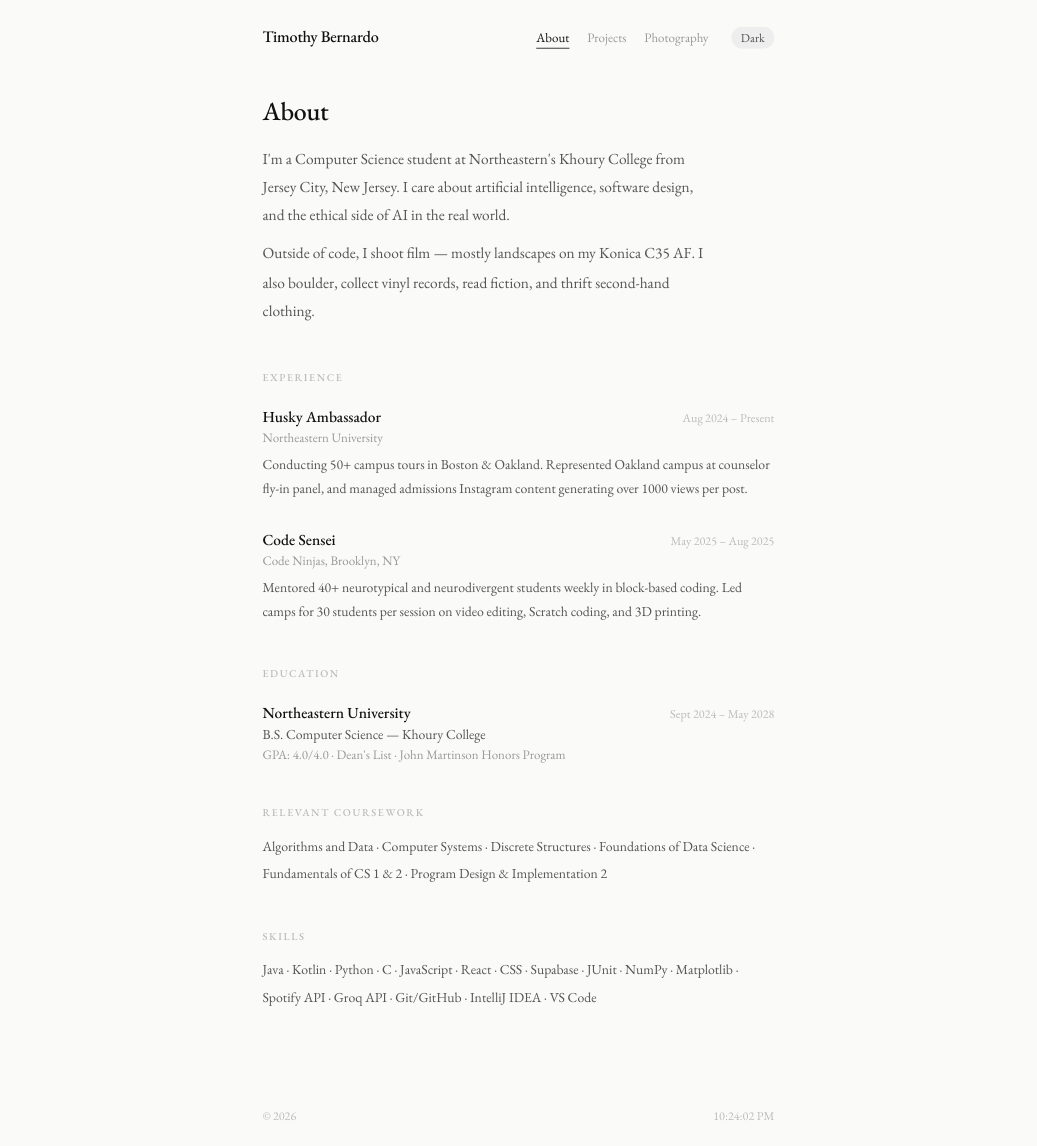
Repository: timothybernardo/portfolio
Page: /about
The author's editor kept a copy of each file at every save. The page is drawn from the files as they stood at one save, then again after the next save.
The browser window is 1280 px wide. The pictures show the whole page, at 81% of full size.
The project was rebuilt for these pictures with package versions that can differ from the ones it lists, and the page was loaded fresh each time. Also part of the build but not shown: src/pages/Home.jsx, src/data/projects.js, src/pages/Projects.jsx, src/data/photos.js, src/components/PhotoCard.jsx, src/pages/Photography.jsx.

Above is the page before, as saved 2026-03-07 22:42:37.

### public/index.html
<!DOCTYPE html>
<html lang="en">
<head>
  <meta charset="UTF-8" />
  <meta name="viewport" content="width=device-width, initial-scale=1.0" />
  <title>Timothy Bernardo</title>
  <link href="https://fonts.googleapis.com/css2?family=EB+Garamond:ital,wght@0,400;0,500;0,600;0,700;1,400&display=swap" rel="stylesheet" />
</head>
<body>
  <div id="root"></div>
</body>
</html>

### src/index.js
import React from "react";
import ReactDOM from "react-dom/client";
import { BrowserRouter } from "react-router-dom";
import App from "./App";
import "./index.css";

const root = ReactDOM.createRoot(document.getElementById("root"));
root.render(
  <React.StrictMode>
    <BrowserRouter>
      <App />
    </BrowserRouter>
  </React.StrictMode>
);

### src/App.jsx
import { useState } from "react";
import { Routes, Route } from "react-router-dom";
import { themes, serif } from "./theme";
import Header from "./components/Header";
import Footer from "./components/Footer";
import Home from "./pages/Home";
import About from "./pages/About";
import Projects from "./pages/Projects";
import Photography from "./pages/Photography";

export default function App() {
  const [dark, setDark] = useState(false);
const theme = dark ? themes.dark : themes.light;
document.documentElement.style.background = theme.bg;
document.body.style.background = theme.bg;

  return (
    <div
      style={{
        fontFamily: serif,
        color: theme.text,
        minHeight: "100vh",
        background: theme.bg,
        display: "flex",
        flexDirection: "column",
        transition: "background 0.3s, color 0.3s",
      }}
    >
      <Header theme={theme} isDark={dark} onToggle={() => setDark(!dark)} />

      <main style={{ maxWidth: 680, width: "100%", margin: "0 auto", padding: "0 24px 100px", flex: 1 }}>
        <Routes>
          <Route path="/" element={<Home theme={theme} />} />
          <Route path="/about" element={<About theme={theme} />} />
          <Route path="/projects" element={<Projects theme={theme} />} />
          <Route path="/photography" element={<Photography theme={theme} />} />
          <Route path="/photography/:id" element={<Photography theme={theme} />} />
        </Routes>
      </main>

      <Footer theme={theme} />
    </div>
  );
}

### src/index.css
* {
  margin: 0;
  padding: 0;
  box-sizing: border-box;
}

html, body, #root {
  min-height: 100%;
  height: 100%;
  background: inherit;
}

body {
  -webkit-font-smoothing: antialiased;
  -moz-osx-font-smoothing: grayscale;
}

a {
  text-decoration: none;
  color: inherit;
}

### src/theme.js
export const serif = "'EB Garamond', Georgia, 'Times New Roman', serif";

export const themes = {
  light: {
    bg: "#fafaf8",
    text: "#111",
    sub: "#555",
    muted: "#999",
    faint: "#bbb",
    border: "#ece9e5",
    pill: "#111",
    pillT: "#fff",
    pillB: "#ddd",
    badge: "rgba(255,255,255,0.3)",
    toggle: "#eee",
    toggleTxt: "#555",
  },
  dark: {
    bg: "#131313",
    text: "#e4e0da",
    sub: "#a09a93",
    muted: "#6b665f",
    faint: "#4a4640",
    border: "#282624",
    pill: "#e4e0da",
    pillT: "#131313",
    pillB: "#383530",
    badge: "rgba(255,255,255,0.18)",
    toggle: "#282624",
    toggleTxt: "#a09a93",
  },
};

### src/components/Header.jsx
import { Link, useLocation } from "react-router-dom";
import { serif } from "../theme";

const links = [
  { path: "/about", label: "About" },
  { path: "/projects", label: "Projects" },
  { path: "/photography", label: "Photography" },
];

export default function Header({ theme, onToggle, isDark }) {
  const { pathname } = useLocation();

  return (
    <header
      style={{
        maxWidth: 680,
        width: "100%",
        margin: "0 auto",
        padding: "32px 24px 0",
        display: "flex",
        justifyContent: "space-between",
        alignItems: "baseline",
        fontFamily: serif,
      }}
    >
      <Link to="/" style={{ fontWeight: 500, fontSize: 20, letterSpacing: "-0.3px" }}>
        Timothy Bernardo
      </Link>

      <nav style={{ display: "flex", gap: 22, alignItems: "baseline" }}>
        {links.map(({ path, label }) => (
          <Link
            key={path}
            to={path}
            style={{
              fontSize: 16,
              color: pathname === path ? theme.text : theme.muted,
              paddingBottom: 2,
              borderBottom:
                pathname === path
                  ? `1.5px solid ${theme.text}`
                  : "1.5px solid transparent",
            }}
          >
            {label}
          </Link>
        ))}
        <span
          onClick={onToggle}
          style={{
            fontFamily: serif,
            fontSize: 15,
            cursor: "pointer",
            padding: "4px 12px",
            borderRadius: 14,
            background: theme.toggle,
            color: theme.toggleTxt,
            marginLeft: 6,
            userSelect: "none",
          }}
        >
          {isDark ? "Light" : "Dark"}
        </span>
      </nav>
    </header>
  );
}

### src/components/Footer.jsx
import Clock from "./Clock";
import { serif } from "../theme";

export default function Footer({ theme }) {
  return (
    <footer
      style={{
        maxWidth: 680,
        width: "100%",
        margin: "0 auto",
        padding: "20px 24px 28px",
        fontSize: 15,
        color: theme.faint,
        display: "flex",
        justifyContent: "space-between",
        alignItems: "center",
        fontFamily: serif,
      }}
    >
      <span>&copy; 2026</span>
      <Clock color={theme.faint} />
    </footer>
  );
}

### src/pages/About.jsx
import { serif } from "../theme";
import { experience, education, skills, courses } from "../data/experience";

export default function About({ theme }) {
  return (
    <div style={{ marginTop: 56, fontFamily: serif }}>
      <h2 style={{ fontSize: 32, fontWeight: 500, letterSpacing: "-0.3px", marginBottom: 20 }}>
        About
      </h2>
      <p style={{ fontSize: 19, color: theme.sub, lineHeight: 1.85, maxWidth: 560, marginBottom: 12 }}>
        I'm a Computer Science student at Northeastern's Khoury College from Jersey City, New Jersey.
        I care about artificial intelligence, software design, and the ethical side of AI in the real world.
      </p>
      <p style={{ fontSize: 19, color: theme.sub, lineHeight: 1.85, maxWidth: 560, marginBottom: 56 }}>
        Outside of code, I shoot film — mostly landscapes on my Konica C35 AF. I also boulder,
        collect vinyl records, read fiction, and thrift second-hand clothing.
      </p>

      {/* Experience */}
      <h3 style={{ fontSize: 13, fontWeight: 500, textTransform: "uppercase", letterSpacing: "2px", color: theme.faint, marginBottom: 28 }}>
        Experience
      </h3>
      {experience.map((e, i) => (
        <div key={i} style={{ marginBottom: 36 }}>
          <div style={{ display: "flex", justifyContent: "space-between", alignItems: "baseline", flexWrap: "wrap", gap: 8, marginBottom: 3 }}>
            <span style={{ fontSize: 19, fontWeight: 500 }}>{e.role}</span>
            <span style={{ fontSize: 15, color: theme.faint }}>{e.period}</span>
          </div>
          <span style={{ fontSize: 16, color: theme.muted }}>{e.place}</span>
          <p style={{ fontSize: 17, color: theme.sub, lineHeight: 1.75, margin: "8px 0 0" }}>
            {e.desc}
          </p>
        </div>
      ))}

      {/* Education */}
      <h3 style={{ fontSize: 13, fontWeight: 500, textTransform: "uppercase", letterSpacing: "2px", color: theme.faint, marginBottom: 28, marginTop: 52 }}>
        Education
      </h3>
      {education.map((ed, i) => (
        <div key={i} style={{ marginBottom: 20 }}>
          <div style={{ display: "flex", justifyContent: "space-between", alignItems: "baseline", flexWrap: "wrap", gap: 8 }}>
            <span style={{ fontSize: 19, fontWeight: 500 }}>{ed.school}</span>
            <span style={{ fontSize: 15, color: theme.faint }}>{ed.period}</span>
          </div>
          <span style={{ fontSize: 17, color: theme.sub, display: "block", marginTop: 2 }}>{ed.degree}</span>
          {ed.detail && (
            <span style={{ fontSize: 16, color: theme.muted, display: "block", marginTop: 4 }}>{ed.detail}</span>
          )}
        </div>
      ))}

      {/* Coursework */}
      <h3 style={{ fontSize: 13, fontWeight: 500, textTransform: "uppercase", letterSpacing: "2px", color: theme.faint, marginBottom: 16, marginTop: 52 }}>
        Relevant Coursework
      </h3>
      <p style={{ fontSize: 17, color: theme.sub, lineHeight: 2 }}>
        {courses.join("  ·  ")}
      </p>

      {/* Skills */}
      <h3 style={{ fontSize: 13, fontWeight: 500, textTransform: "uppercase", letterSpacing: "2px", color: theme.faint, marginBottom: 16, marginTop: 52 }}>
        Skills
      </h3>
      <p style={{ fontSize: 17, color: theme.sub, lineHeight: 2 }}>
        {skills.join("  ·  ")}
      </p>
    </div>
  );
}

### src/components/Clock.jsx
import { useState, useEffect } from "react";

export default function Clock({ color }) {
  const [time, setTime] = useState(new Date());

  useEffect(() => {
    const interval = setInterval(() => setTime(new Date()), 1000);
    return () => clearInterval(interval);
  }, []);

  return (
    <span style={{ color }}>
      {time.toLocaleTimeString("en-US", {
        hour: "2-digit",
        minute: "2-digit",
        second: "2-digit",
      })}
    </span>
  );
}

### src/data/experience.js
export const experience = [
  {
    role: "Husky Ambassador",
    place: "Northeastern University",
    period: "Aug 2024 – Present",
    desc: "Conducting 50+ campus tours in Boston & Oakland. Represented Oakland campus at counselor fly-in panel, and managed admissions Instagram content generating over 1000 views per post.",
  },
  {
    role: "Code Sensei",
    place: "Code Ninjas, Brooklyn, NY",
    period: "May 2025 – Aug 2025",
    desc: "Mentored 40+ neurotypical and neurodivergent students weekly in block-based coding. Led camps for 30 students per session on video editing, Scratch coding, and 3D printing.",
  },
];

export const education = [
  {
    school: "Northeastern University",
    degree: "B.S. Computer Science — Khoury College",
    period: "Sept 2024 – May 2028",
    detail: "GPA: 4.0/4.0 · Dean's List · John Martinson Honors Program",
  },
];

export const skills = [
  "Java", "Kotlin", "Python", "C", "JavaScript",
  "React", "CSS", "Supabase", "JUnit", "NumPy", "Matplotlib",
  "Spotify API", "Groq API",
  "Git/GitHub", "IntelliJ IDEA", "VS Code",
];

export const courses = [
  "Algorithms and Data", "Computer Systems", "Discrete Structures",
  "Foundations of Data Science", "Fundamentals of CS 1 & 2",
  "Program Design & Implementation 2",
];

After the next save:
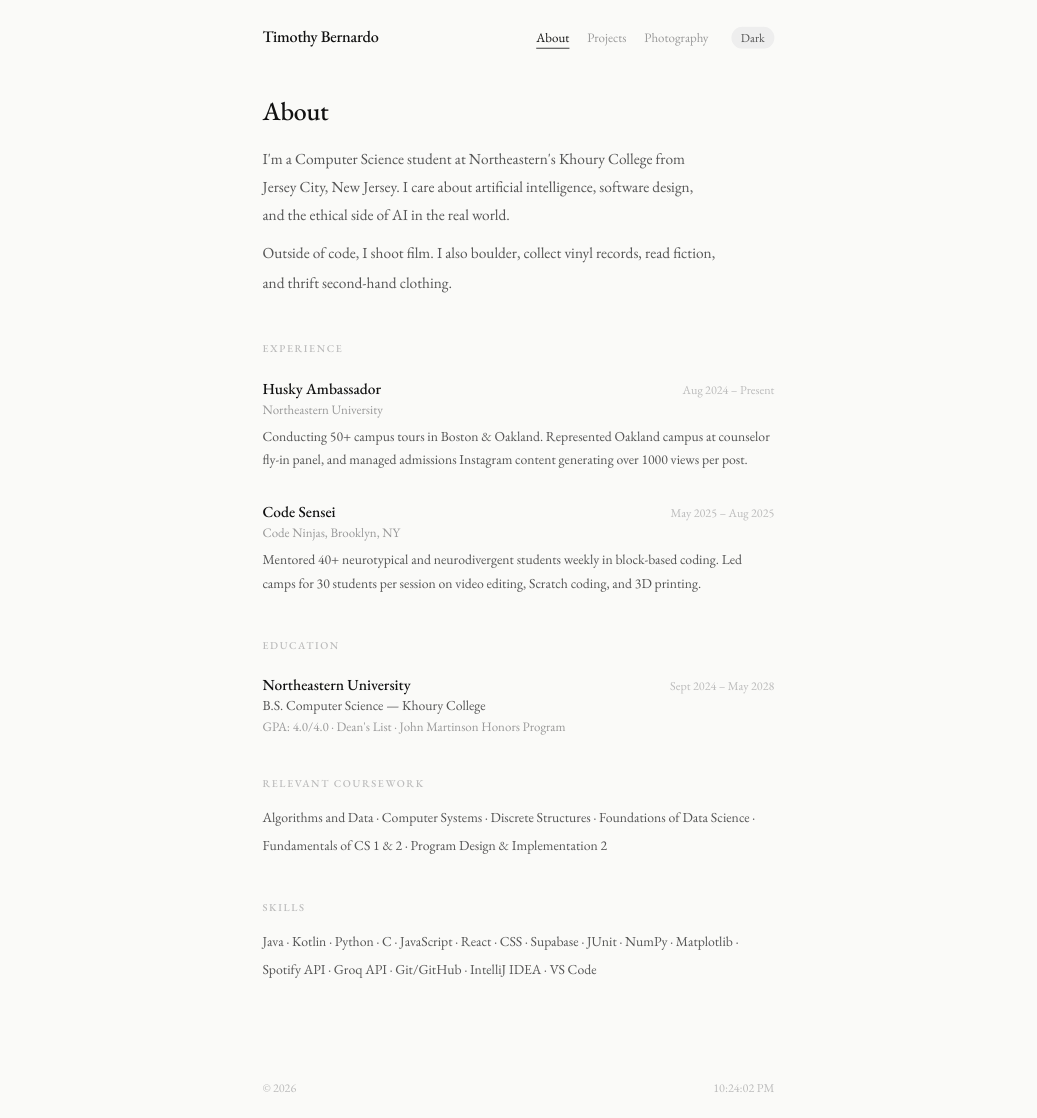
Saved 26 s later.
--- a/src/pages/About.jsx
+++ b/src/pages/About.jsx
@@ -12,7 +12,7 @@ export default function About({ theme }) {
         I care about artificial intelligence, software design, and the ethical side of AI in the real world.
       </p>
       <p style={{ fontSize: 19, color: theme.sub, lineHeight: 1.85, maxWidth: 560, marginBottom: 56 }}>
-        Outside of code, I shoot film — mostly landscapes on my Konica C35 AF. I also boulder,
+        Outside of code, I shoot film. I also boulder,
         collect vinyl records, read fiction, and thrift second-hand clothing.
       </p>
 
